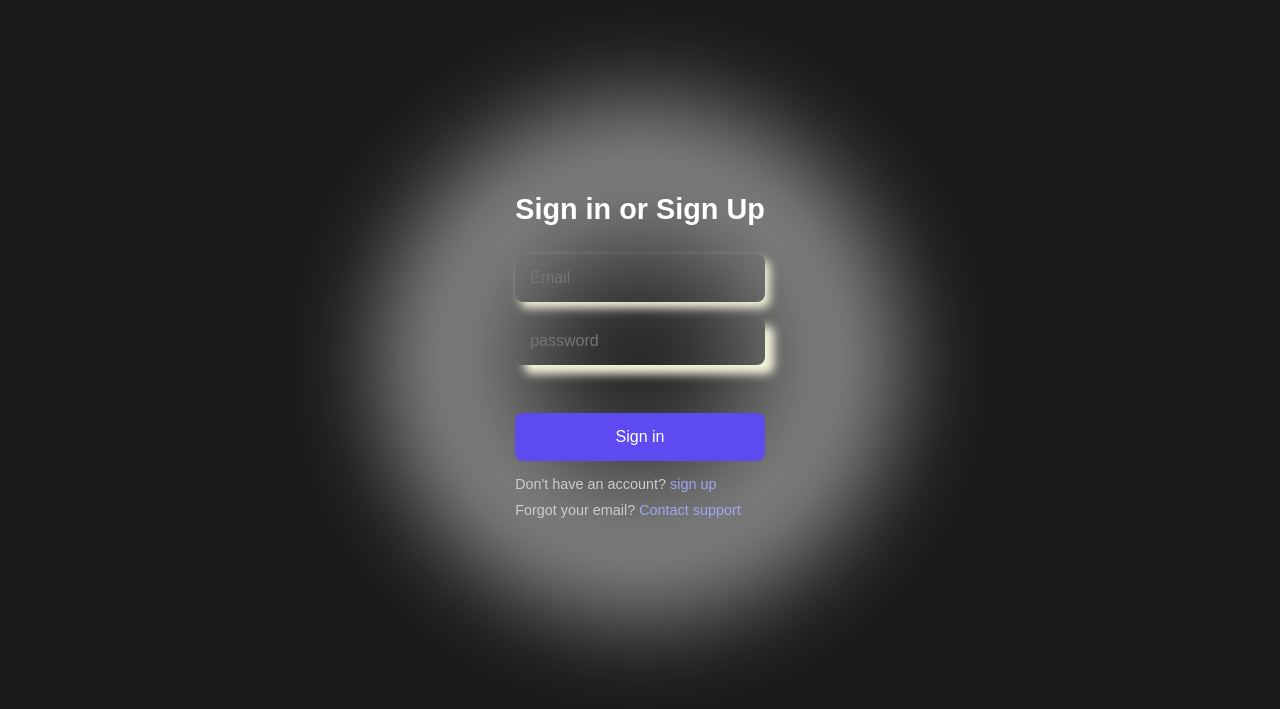
Repository: cmd-keyu/mobileppsh
Page: pages/login.html
These files come from the project's save history. The page is drawn as it stood at one moment and after a run of saves; the edit follows.
The browser window is 1280 px wide. The pictures show the whole page.

Above is the page before, as saved 2024-11-12 12:15:39.

After the next 2 saves:
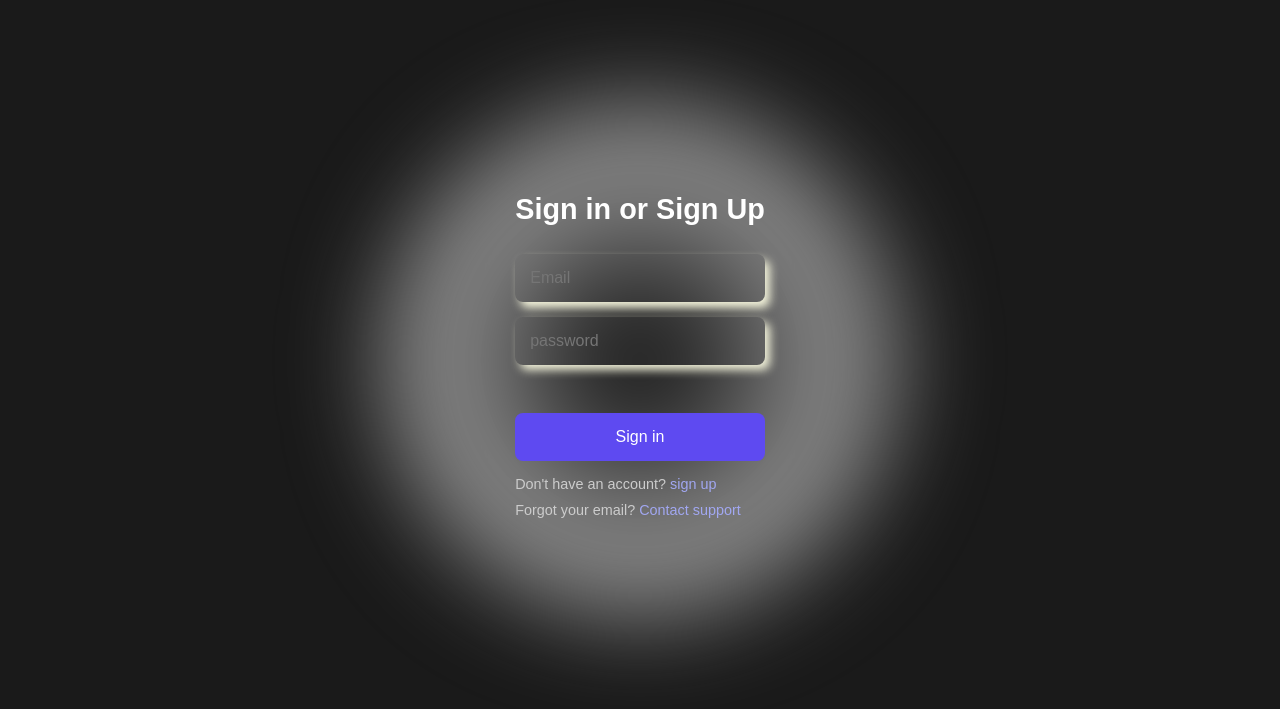
The 2 saves are shown as one change because they came seconds apart.
The last was saved 10 s later.
--- a/css/login.css
+++ b/css/login.css
@@ -74,7 +74,7 @@
     border-radius: 8px;
     outline: none;
     width: 100%;
-     box-shadow: 9px 9px 10px beige;
+     box-shadow: 5px 5px 10px beige;
 
   }
 
